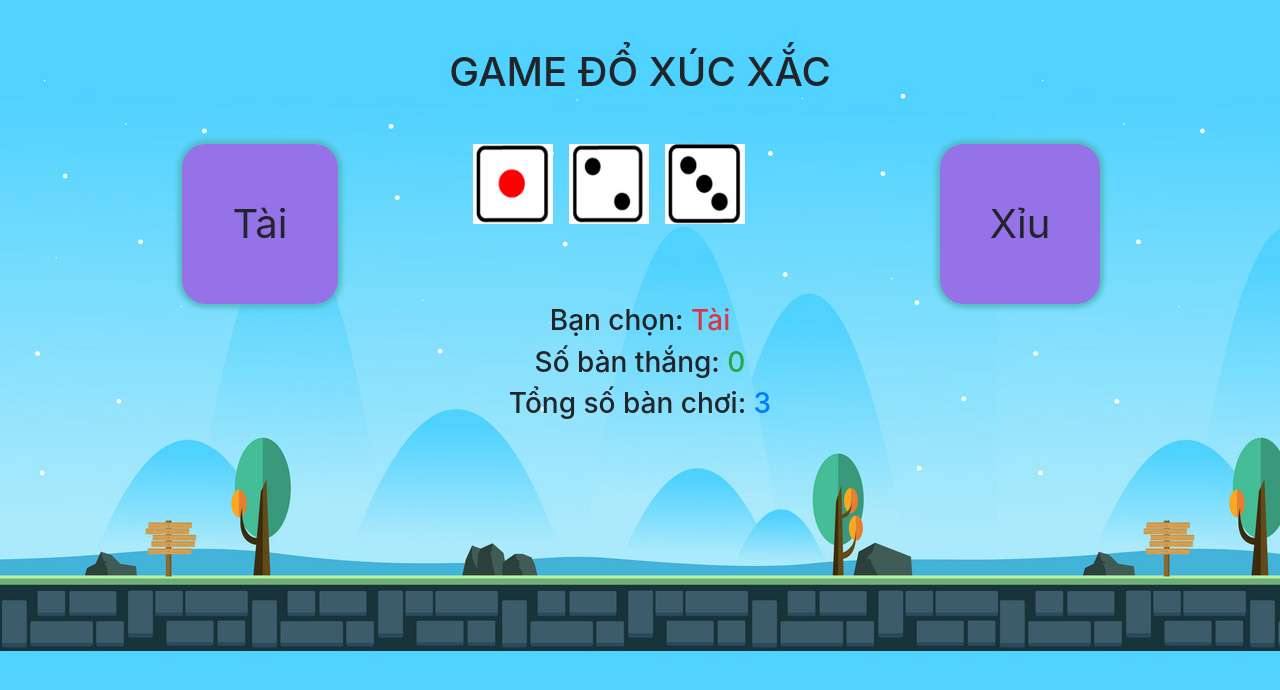
Repository: dovanthao2404/game-xuc-sac
Page: /
These files come from the project's save history. The page is drawn as it stood at one moment and after the next save; the edit follows.
The browser window is 1280 px wide. The pictures show the whole page.
The project was rebuilt for these pictures with package versions that can differ from the ones it lists, and the page was loaded fresh each time.

Above is the page before, as saved 2021-09-11 13:12:46.

### public/index.html
<!DOCTYPE html>
<html lang="en">

<head>
  <meta charset="utf-8" />
  <link rel="icon" href="%PUBLIC_URL%/favicon.ico" />
  <meta name="viewport" content="width=device-width, initial-scale=1" />
  <meta name="theme-color" content="#000000" />
  <meta name="description" content="Web site created using create-react-app" />
  <link rel="apple-touch-icon" href="%PUBLIC_URL%/logo192.png" />
  <link rel="manifest" href="%PUBLIC_URL%/manifest.json" />
  <title>React App</title>
  <link rel="stylesheet" href="https://cdn.jsdelivr.net/npm/bootstrap@4.6.0/dist/css/bootstrap.min.css"
    integrity="sha384-B0vP5xmATw1+K9KRQjQERJvTumQW0nPEzvF6L/Z6nronJ3oUOFUFpCjEUQouq2+l" crossorigin="anonymous">
  <link rel="stylesheet" href="%PUBLIC_URL%/css/style.css">
</head>

<body>
  <noscript>You need to enable JavaScript to run this app.</noscript>
  <div id="root"></div>
</body>

</html>

### src/index.css
body {
  margin: 0;
  padding: 0;
  box-sizing: border-box;
  font-family: -apple-system, BlinkMacSystemFont, 'Segoe UI', 'Roboto', 'Oxygen',
    'Ubuntu', 'Cantarell', 'Fira Sans', 'Droid Sans', 'Helvetica Neue',
    sans-serif;
  -webkit-font-smoothing: antialiased;
  -moz-osx-font-smoothing: grayscale;
}

code {
  font-family: source-code-pro, Menlo, Monaco, Consolas, 'Courier New',
    monospace;
}

### src/App.js


function App() {
  return (
    <div className="main">
      <div className="container mt-5">
        <div className="title mb-5">
          <h1 className="text-center">GAME ĐỔ XÚC XẮC</h1>
        </div>
        <div>
          <div class="row justify-content-between">
            <div className="col-4">
              <div className="type d-flex justify-content-center align-items-center">
                <span>Tài</span>
              </div>
            </div>
            <div className="col-4">
              <div className="d-flex">
                <img src="./images/1.png" alt="" />
                <img src="./images/2.png" alt="" />
                <img src="./images/3.png" alt="" />
              </div>
            </div>
            <div className="col-4">
              <div className="type d-flex justify-content-center align-items-center">
                <span>Xỉu</span>
              </div>
            </div>
          </div>
        </div>

        <div className="result text-center">
          <h3>Bạn chọn: <span className="text-danger">Tài</span></h3>
          <h3>Số bàn thắng: <span className="text-success">0</span></h3>
          <h3>Tổng số bàn chơi: <span className="text-primary">3</span></h3>
        </div>
      </div>
    </div>
  );
}

export default App;

### public/css/style.css
.main {
  background-image: url(./../images/bgGame.png);
  top: 0;
  left:0;
  right: 0;
  bottom: 0;
  display: block;
  position: absolute;
  z-index: -10;
}

.type span{
  display: block;
  padding: 50px;
  border-radius: 24px;
  font-size: 40px;
  background: rgb(149, 114, 231);
  cursor: pointer;
  box-shadow: 0 0 4px 4px rgba(78, 182, 185, 0.8);
}

img {
  margin: 0 8px;
  width: 80px;
}

Loaded but not shown: src/index.js (common file); src/reportWebVitals.js (common file)

After the next save:
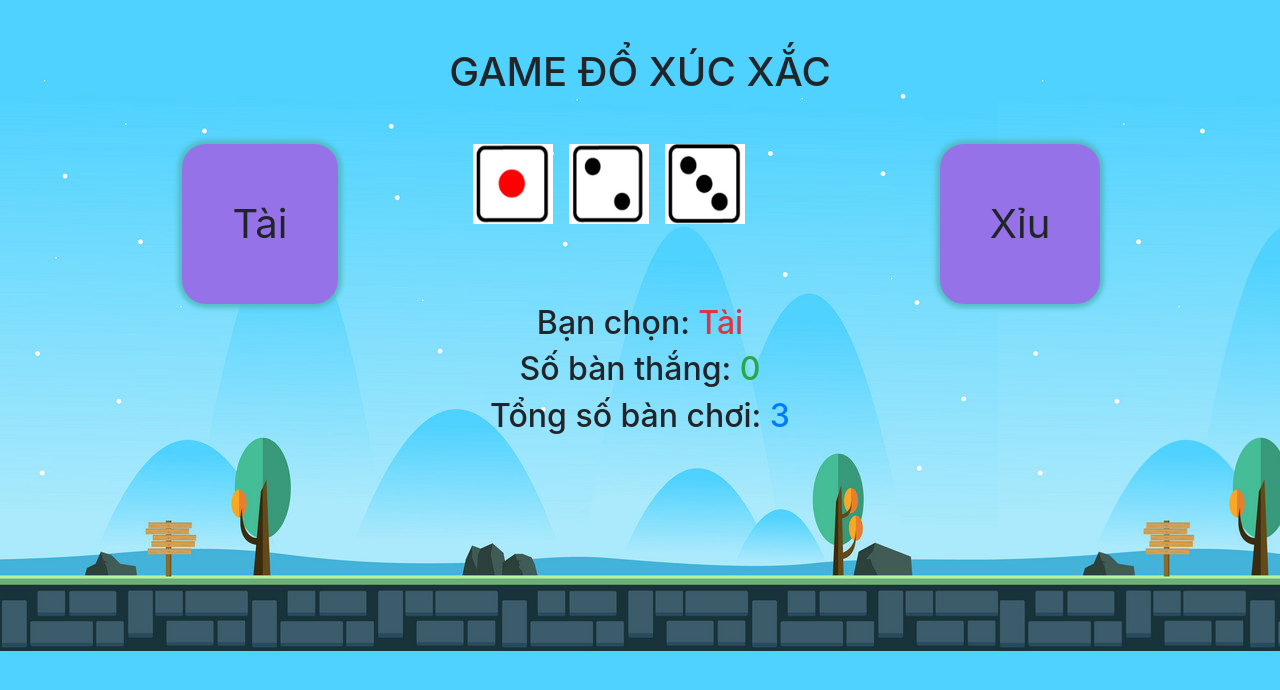
Saved 18 s later.
--- a/src/App.js
+++ b/src/App.js
@@ -30,9 +30,9 @@ function App() {
         </div>
 
         <div className="result text-center">
-          <h3>Bạn chọn: <span className="text-danger">Tài</span></h3>
-          <h3>Số bàn thắng: <span className="text-success">0</span></h3>
-          <h3>Tổng số bàn chơi: <span className="text-primary">3</span></h3>
+          <h2>Bạn chọn: <span className="text-danger">Tài</span></h2>
+          <h2>Số bàn thắng: <span className="text-success">0</span></h2>
+          <h2>Tổng số bàn chơi: <span className="text-primary">3</span></h2>
         </div>
       </div>
     </div>
